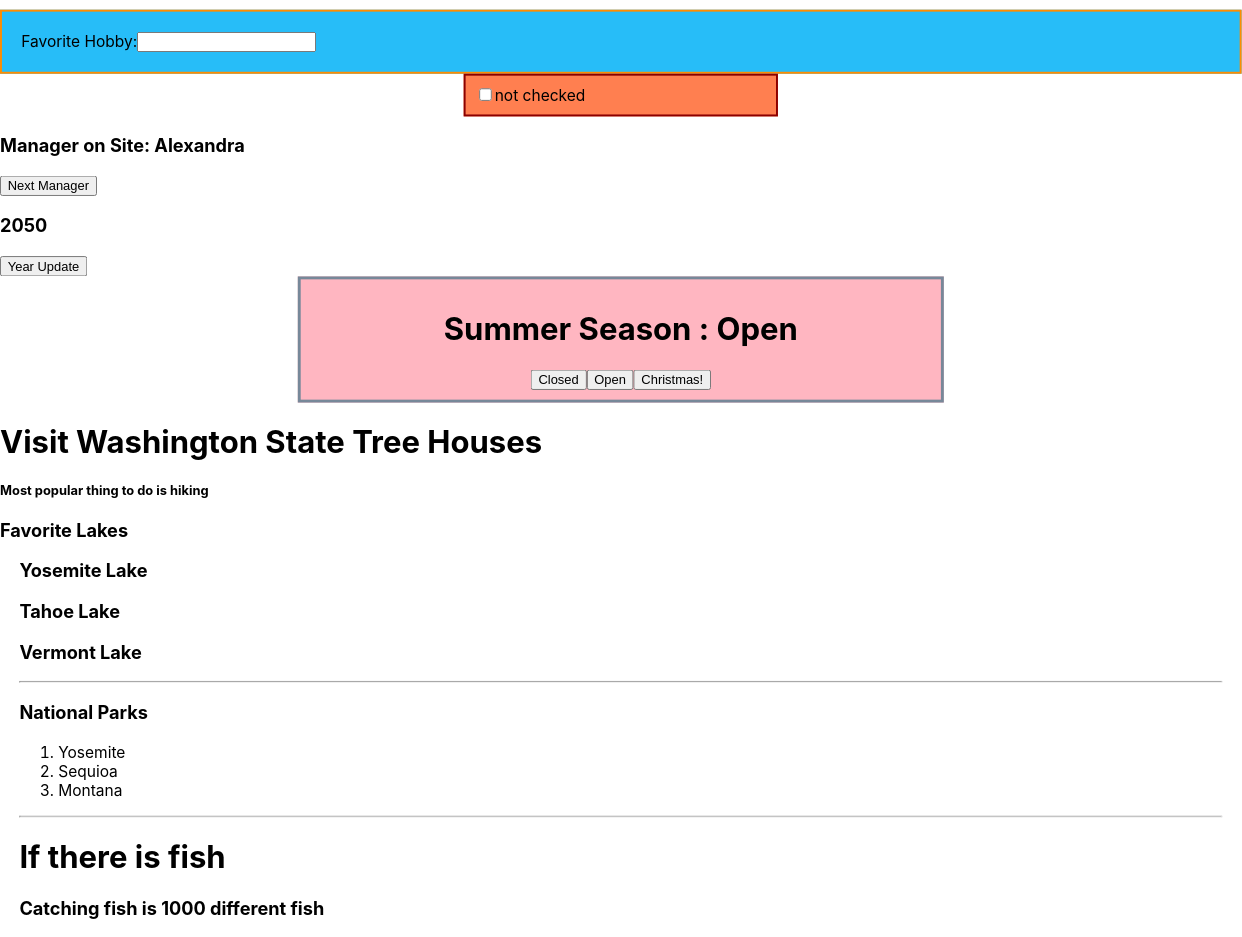
Repository: CaptainStorm21/intro-react-hooks
Page: /
These files come from the project's save history. The page is drawn as it stood at one moment and after a run of saves; the edit follows.
The browser window is 1280 px wide. The pictures show the whole page, at 97% of full size.
The project was rebuilt for these pictures with package versions that can differ from the ones it lists, and the page was loaded fresh each time. Also part of the build but not shown: src/App.css.

Above is the page before, as saved 2020-05-27 21:58:54.

After the next 2 saves:
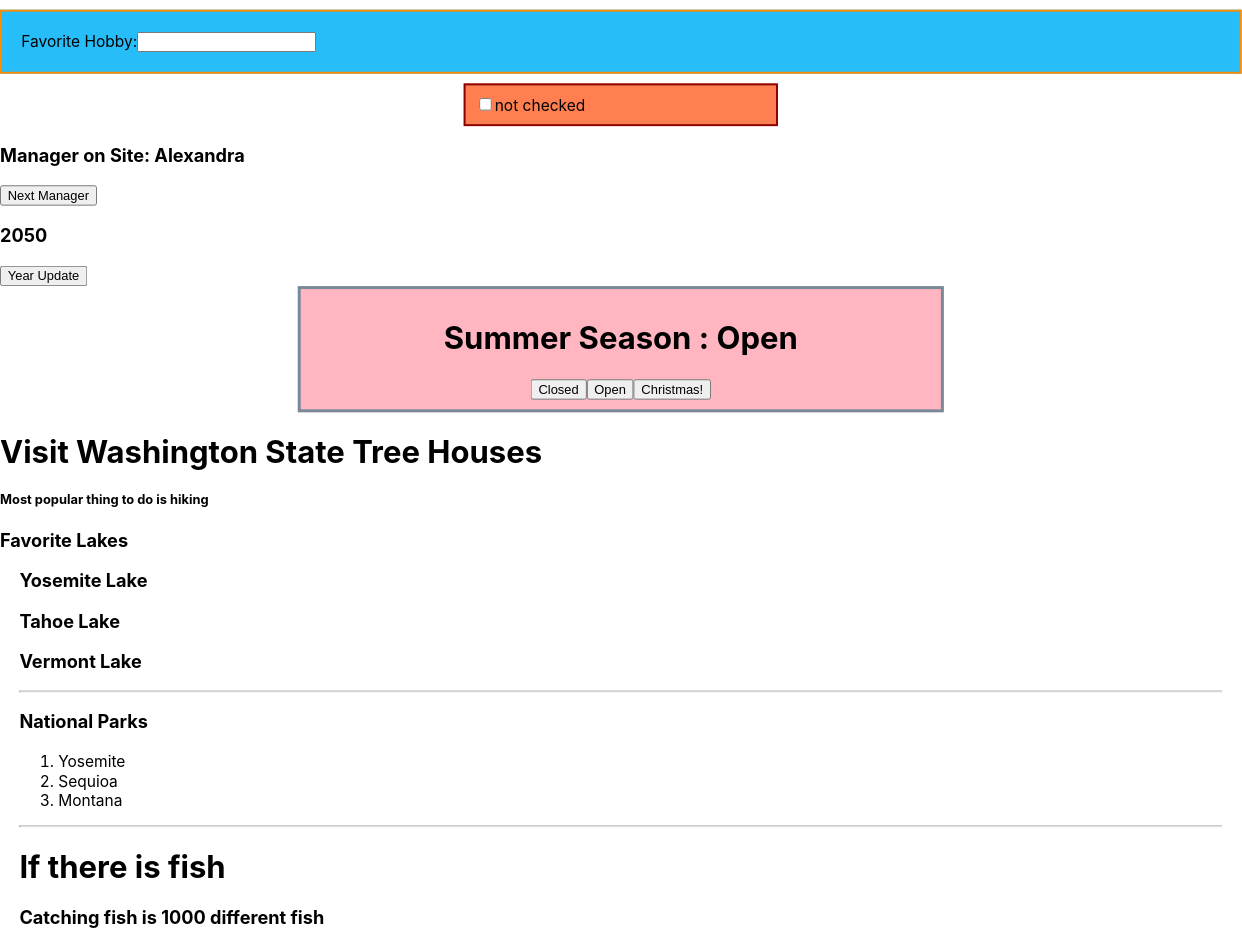
The 2 saves are shown as one change because they came seconds apart.
The last was saved 7 s later.
--- a/src/index.css
+++ b/src/index.css
@@ -32,7 +32,7 @@ code {
   padding: 20px;
   border: 2px solid darkorange;
   margin-top: 10px;
-  margin-botton: 10px;
+  margin-bottom: 10px;
 
 }
 
